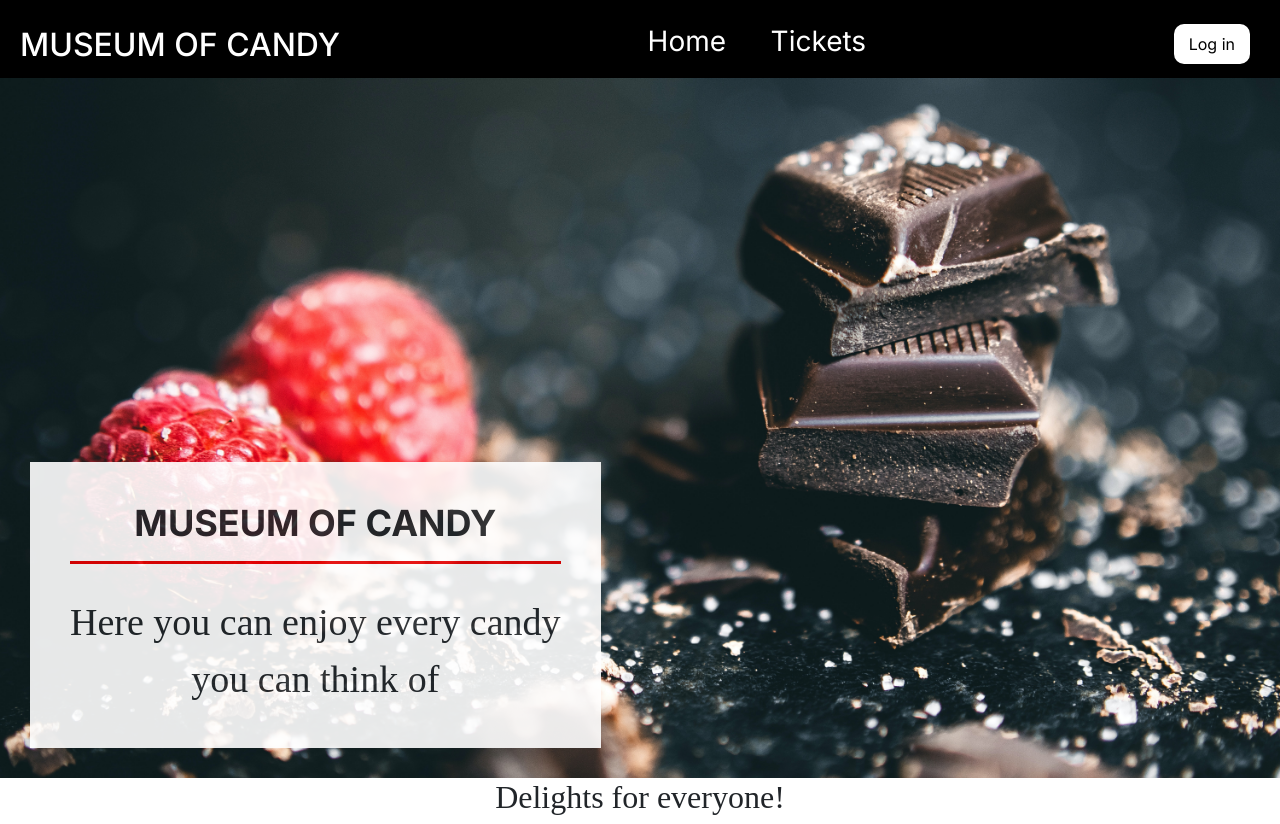
Repository: m-koparanova/MuseumOfCandy
Page: index.html
The author's editor kept a copy of each file at every save. The page is drawn from the files as they stood at one save, then again after the next save.
The browser window is 1280 px wide. The pictures show the whole page.
Some web fonts or font styles are not loaded; a fallback is used.

Above is the page before, as saved 2023-03-05 20:15:34.

### index.html
<!DOCTYPE html>
<html lang="en">
<head>
    <meta charset="UTF-8">
    <meta http-equiv="X-UA-Compatible" content="IE=edge">
    <meta name="viewport" content="width=device-width, initial-scale=1.0">
    <title>Document</title>
    <link rel="stylesheet" href="https://cdn.jsdelivr.net/npm/bootstrap@4.6.2/dist/css/bootstrap.min.css" integrity="sha384-xOolHFLEh07PJGoPkLv1IbcEPTNtaed2xpHsD9ESMhqIYd0nLMwNLD69Npy4HI+N" crossorigin="anonymous">

    <link rel="stylesheet" href="style.css">

</head>
<body>
    <nav class="nav-bar">
        <div class="top-nav">
            <h2 class="logo">MUSEUM OF CANDY</h2>
            <ul>
                <li class="nav"><a href="#">Home</a></li>
                <li class="nav"><a href="#">Tickets</a></li>
            </ul>
            <button class="button">Log in</button>
        </div>

    </nav>

    <tbody>
        <div class="image-container">
            <img src="pics\pexels-lisa-fotios-918327.jpg" alt="" class="image">
            <div class="text-container">
                <h3>MUSEUM OF CANDY</h3>
                <hr>
                <p>Here you can enjoy every candy<br>you can think of</p>
            </div>
        </div>

        <div>
            <h2 class="delights-text" id="delights-text">Delights for everyone!</h2>
        </div>
    </tbody>


    <script src="https://cdn.jsdelivr.net/npm/jquery@3.5.1/dist/jquery.slim.min.js" integrity="sha384-DfXdz2htPH0lsSSs5nCTpuj/zy4C+OGpamoFVy38MVBnE+IbbVYUew+OrCXaRkfj" crossorigin="anonymous"></script>
    <script src="https://cdn.jsdelivr.net/npm/bootstrap@4.6.2/dist/js/bootstrap.bundle.min.js" integrity="sha384-Fy6S3B9q64WdZWQUiU+q4/2Lc9npb8tCaSX9FK7E8HnRr0Jz8D6OP9dO5Vg3Q9ct" crossorigin="anonymous"></script>

</body>
</html>

### style.css
@import url('https://fonts.googleapis.com/css2?family=Inter:wght@100;200;300;400;500;600;700;800;900&display=swap');
@import url('https://fonts.googleapis.com/css2?family=Italianno&display=swap');


*{
    margin: 0;
    padding: 0;
}

.nav-bar{
    background: black;
}

.logo {
    font-family: 'Inter', sans-serif, bold;
    color: white;
}

.top-nav{
    display: flex;
    align-items: center;
    justify-content: space-between;
    padding-top: 20px;
    padding-left: 20px;

}

.top-nav ul li{
    display: inline-block;
    list-style-type: none;
    padding-left: 20px;
    padding-right: 20px;
    font-family: 'Inter', sans-serif;
    font-size: 28px;
}

.top-nav ul li a{
    text-decoration: none;
    color: white;
}

.top-nav ul li a:hover{
    color: rgb(215, 5, 5);
    transition: .3s;
}

.button{
    border: none;
    background: white;
    border-radius: 10px;
    padding: 8px 15px 8px 15px;
    margin-right: 30px;
    margin-bottom: 10px;
    font-family: 'Inter', sans-serif;
    text-align: center;
}

.button:hover{
    background: rgb(215, 5, 5);
    color: white;
}

.image-container {
    position: relative;
    text-align: center;
}

.image{
    object-fit: cover;
    width: 100%;
    height: 700px;
}

.text-container{
    position: absolute;
    bottom: 30px;
    left: 30px;
    background: white;
    opacity: 90%;
    padding: 40px 40px 40px 40px ;
}

.image-container div hr{
    border-width: 3px;
    opacity: 100%;
    background: red;
}
.image-container div h3{
    font-family: "Inter", sans-serif;
    font-size: 36px;
    font-weight: 700;
}

.image-container div p{
    font-family: 'Italianno', cursive;
    font-size: 38px;
    margin-top: 30px;
    margin-bottom: 0px;
}

.delights-text{
    font-family: 'Italianno', cursive;
    text-align: center;
}

After the next save:
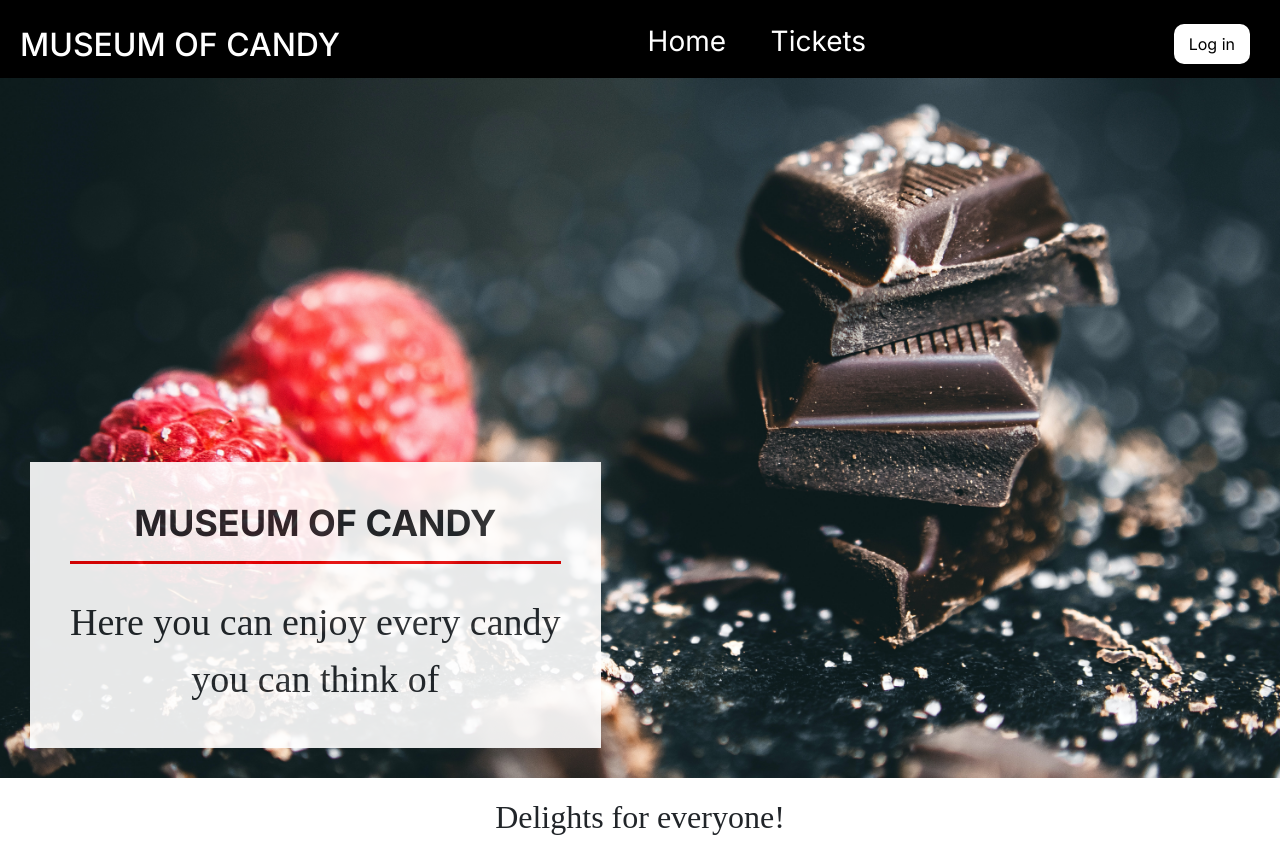
Saved 93 s later.
--- a/style.css
+++ b/style.css
@@ -101,4 +101,5 @@
 .delights-text{
     font-family: 'Italianno', cursive;
     text-align: center;
+    margin: 20px 0px 20px 0px;
 }
